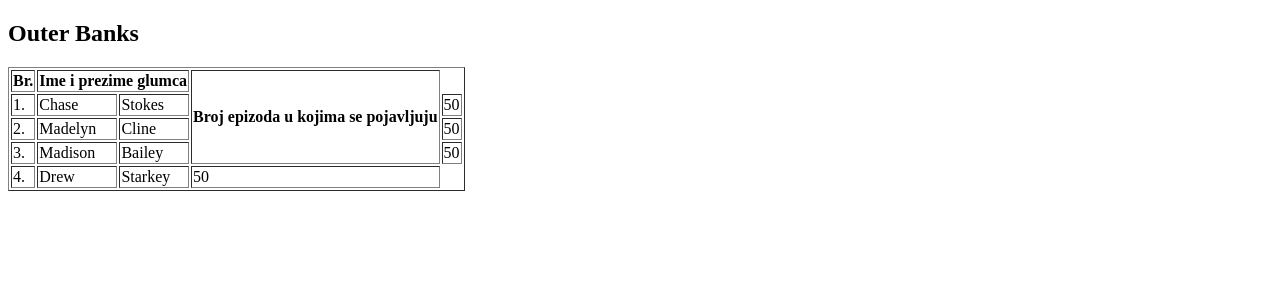
Repository: larabiondic/wp_biondic_lara
Page: Domace zadace/Zadaća.2.html
These files come from the project's save history. The page is drawn as it stood at one moment and after the next save; the edit follows.
The browser window is 1280 px wide. The pictures show the whole page.

Above is the page before, as saved 2025-11-03 20:10:52.

After the next save:
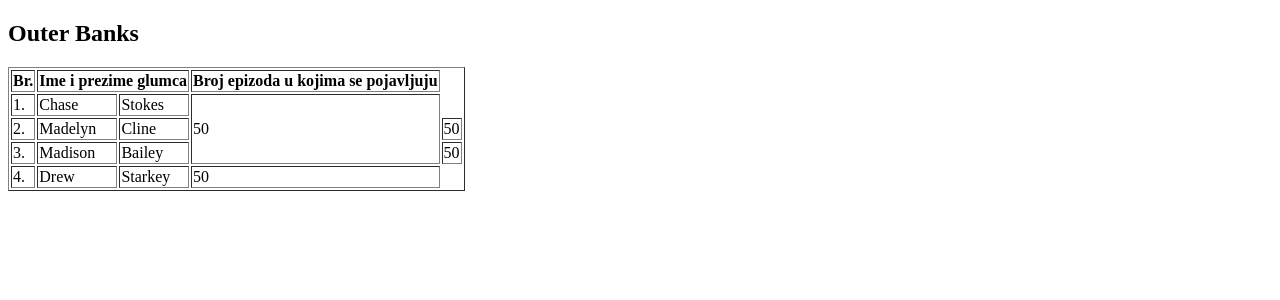
Saved 16 s later.
--- a/Domace zadace/Zadaća.2.html
+++ b/Domace zadace/Zadaća.2.html
@@ -13,13 +13,13 @@
         <tr>
             <th>Br.</th>
             <th colspan="2">Ime i prezime glumca</th>
-            <th rowspan="4">Broj epizoda u kojima se pojavljuju</th>
+            <th>Broj epizoda u kojima se pojavljuju</th>
         </tr>
         <tr>
             <td>1.</td>
             <td>Chase</td>
             <td>Stokes</td>
-            <td>50</td>
+            <td rowspan="3">50</td>
         </tr>
         <tr>
             <td>2.</td>
